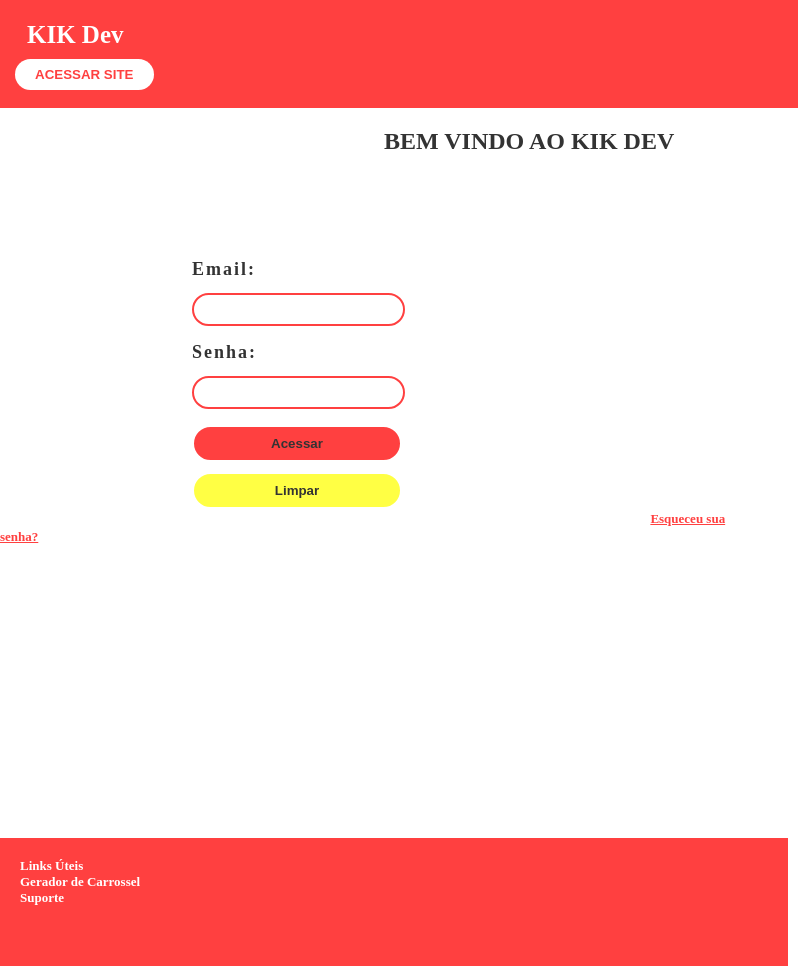
Repository: devgabrielvieira/kikdev
Page: index.html
The author's editor kept a copy of each file at every save. The page is drawn from the files as they stood at one save, then again after a run of saves.
The browser window is 768 px wide. The page is 798 px wide, so the pictures cover 798 px, including what lies to the right of the window. The pictures show the whole page.

Above is the page before, as saved 2022-10-30 19:12:39.

### index.html
<!DOCTYPE html>
<html lang="pt-br">

<head>
    <meta charset="UTF-8">
    <meta http-equiv="X-UA-Compatible" content="IE=edge">
    <meta name="viewport" content="width=device-width, initial-scale=1.0">
    <link rel="shortcut icon" href="imagens/favicon.ico" type="image/x-icon">
    <link rel="stylesheet" href="style.css">
    <link rel="stylesheet" href="style-mobile.css">
    <script src="script_processo.js"></script>
    <title>KIK Dev</title>

</head>

<body id="pag_processos" onload="dimensaoTela()">

    <div class="header-index">
        <a href="#Default" class="logo">KIK Dev</a>

        <button type="submit" name="name" class="button-right"><strong>ACESSAR SITE</strong></a></button>

    </div>
    <div class="conteudo">
        <!--abrimos a div conteúdo-->
        <!-- <img src="imagens/conteudo.jpg" alt="Conteúdo"> -->

        <h2>BEM VINDO AO KIK DEV</h2>

        <div class="login">
            <label for="username">Email:</label>
            <input type="text" id="username" name="username">
            <br>
            <label for="pass">Senha:</label>
            <input type="password" id="pass" name="password" minlength="8" required>
            <br>
            <input class="btn-acessar" type="submit" value="Acessar">
            <br>
            <input class="btn-limpar" type="reset" value="Limpar">
            <br><br>
        </div>
        <a href="recuperar-senha.html" target="_self" rel="next" class="href">Esqueceu sua senha?</a>
    </div>
    <!--aqui fechamos a div conteudo-->

    <footer class="footer">
        <strong>
            <p>Links Úteis</p>
        </strong>
        <strong>
            <p>Gerador de Carrossel</p>
        </strong>
        <strong>
            <p>Suporte</p>
        </strong>
    </footer>

</body>

</html>

### style.css
@charset "UTF-8";

* {
    margin: 0;
    padding: 0;
}

html {
    margin: 0;
    padding: 0;
}

.header {
    overflow: hidden;
    background-color: #FF4040;
    padding: 20px 10px;
}

.header a {
    float: left;
    color: #fff;
    text-align: center;
    padding: 12px;
    text-decoration: none;
    font-size: 18px;
    line-height: 25px;
    border-radius: 4px;
}

.header a.logo {
    font-size: 25px;
    font-weight: bold;
}

.header a:hover {
    background-color: #ddd;
    color: #333333;
}

.header a.active {
    background-color: #d8d7d7;
    color: #fff;
}

.header-right {
    float: right;
}

.button-right {
    float: right;
    padding: 8px 20px;
    border: #d8d7d7;
    border-radius: 50px;
    color: #FF4040;
    background-color: #fff;
}

.header-index {
    overflow: hidden;
    background-color: #FF4040;
    padding: 5px 10px;
}

.header-index a {
    float: left;
    color: #fff;
    text-align: center;
    padding: 12px;
    text-decoration: none;
    font-size: 18px;
    line-height: 25px;
    border-radius: 4px;
}

.header-index a.logo {
    font-size: 25px;
    font-weight: bold;
}

.header-index a:hover {
    background-color: #ddd;
    color: #333333;
}

.header-index a.active {
    background-color: #d8d7d7;
    color: #fff;
}

.conteudo {
    width: 100%;
    height: 450px;
    overflow: hidden;
    background-color: #fff;
}

/* .conteudo img {
    width: 100%;
    background-color: #fff;
    margin: 2px 0 0 0;
    padding: 0;
    position: relative;
    height: 15.5rem;
} */

.footer {
    width: auto;
    background-color: #FF4040;
    padding: 20px 10px;
    position: relative;
    height: 2.5rem;
    bottom: -50px;
}

p {
    font-size: 13px;
    margin: 0 0 0 10px;
    float: none;
    overflow: hidden;
    color: #fff;
}

label {
    margin: 10px 50px 0 500px;
    display: block;
    letter-spacing: 2px;
    font-size: 18px;
    color: #333333;
    margin-bottom: 3px;
    font-weight: bold;
}

input[type='submit'],
label {
    margin: 10px 50px 0 500px;
    margin-top: 1rem;
    color: #333333;
}

input {
    margin: 10px 50px 0 500px;
    caret-color: #222;
    color: #333333;
    border: 2px solid #FF4040;
    border-radius: 36px;
    padding: 7px 15px;
    text-align: center;
    font-weight: bold;
}

input:hover {
    border: 2px solid #a0a0a0;
}

.login {
    margin: 80px 0 0 0;
    width: -100%;
}

.href {
    margin: 10px 50px 0 550px;
    font-size: 13px;
    font-weight: bold;
    color: #FF4040;
    text-align: center;

}

.btn-acessar {
    margin: 10px 50px 0 500px;
    background: #FF4040;
    border: 2px solid #fff;
    padding: 9px 15px;
    width: 210px;
    max-width: 100%;
}

.btn-limpar {
    margin: 10px 50px 0 500px;
    background: #FF4;
    border: 2px solid #fff;
    padding: 9px 15px;
    width: 210px;
    max-width: 100%;
}

h2 {
    width: 100%;
    display: inline-flex;
    margin: 20px 50px 5px 450px;
    color: #333333;
}

### style-mobile.css
@charset "UTF-8";

@media screen and (max-width: 768px) {
  * {
    margin: 0;
    padding: 0;
  }

  html {
    margin: 0;
    padding: 0;
  }

  .header-index {
    overflow: hidden;
    background-color: #ff4040;
    padding: 10px 15px;
    height: 5.5rem;
    width: 100%;
  }

  .header a {
    float: none;
    display: block;
    text-align: left;
  }

  .header-index a {
    float: none;
    display: block;
    text-align: left;
  }

  .header-right {
    float: none;
  }

  .button-right {
    float: none;
  }

  .footer {
    float: none;
    display: block;
    position: relative;
    height: 5.5rem;
    width: 100%;
    bottom: -280px;
  }

  /* .conteudo img {
        float: none;
        display: block;
        position: absolute;
        width: 100%;
        background-color: #fff;
        margin: 2px 0 0 0;
        height: 10rem;
    } */

  .login {
    width: 50%;
    display: inline-block;
  }

  label {
    margin-left: 50%;
    margin-bottom: 3px;
    display: block;
    letter-spacing: 2px;
    font-size: 18px;
    color: #333333;
    font-weight: bold;
  }

  input[type="submit"],
  label {
    margin-left: 50%;
    margin-top: 1rem;
    color: #333333;
  }

  input {
    margin-left: 50%;
    caret-color: #222;
    color: #333333;
    border: 2px solid #ff4040;
    border-radius: 36px;
    padding: 7px 15px;
    text-align: center;
    font-weight: bold;
  }

  input:hover {
    border: 2px solid #a0a0a0;
  }

  .href {
    margin-left: 30%;
    font-size: 13px;
    font-weight: bold;
    color: #ff4040;
    text-align: center;
    width: 100%;
    padding: 2rem;
  }

  .btn-acessar {
    margin-left: 50%;
    margin-right: 50%;
    background: #ff4040;
    border: 2px solid #fff;
    padding: 9px 15px;
    width: 210px;
    max-width: 100%;
  }

  .btn-limpar {
    margin-left: 50%;
    margin-right: 50%;
    background: #ff4;
    border: 2px solid #fff;
    padding: 9px 15px;
    width: 210px;
    max-width: 100%;
  }

  h2 {
    width: 75%;
    display: inline-block;
    margin-bottom: 0.5rem;
    margin-left: 50%;
    color: #333333;
  }
}

### script_processo.js
function dimensaoTela(){
    var heightTela = window.innerHeight;
    var widthTela = window.innerWidth;

    document.getElementById('pag_processos').style.minHeight = heightTela+'px';
}

After the next 2 saves:
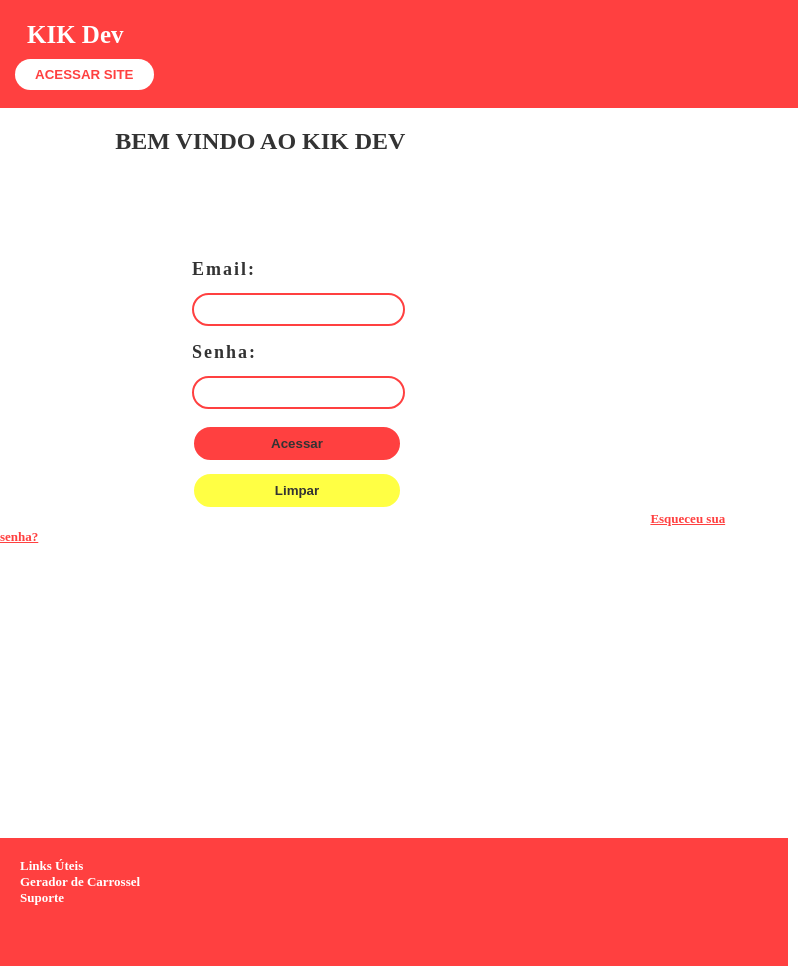
The 2 saves are shown as one change because they came seconds apart.
The last was saved 7 s later.
--- a/style-mobile.css
+++ b/style-mobile.css
@@ -129,7 +129,7 @@
     width: 75%;
     display: inline-block;
     margin-bottom: 0.5rem;
-    margin-left: 50%;
+    margin-left: 15%;
     color: #333333;
   }
 }
